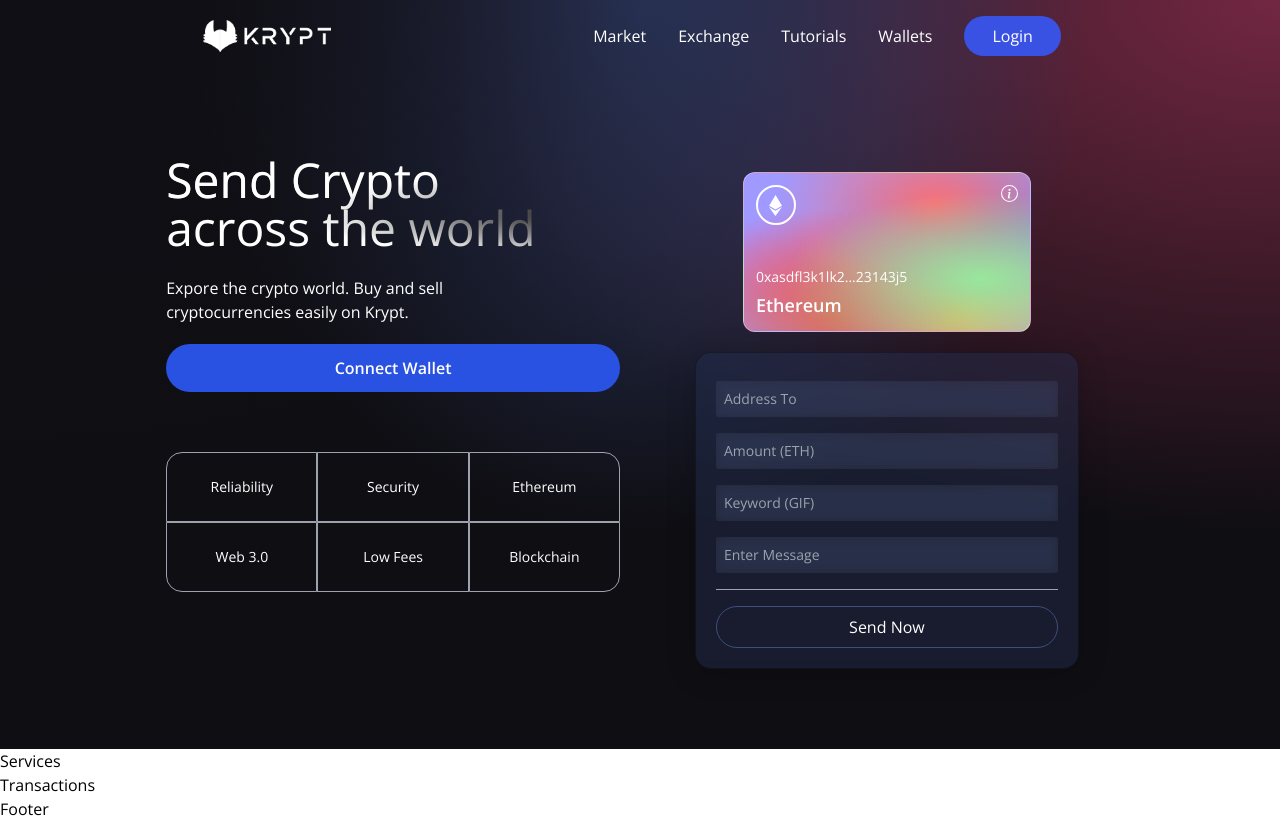
Repository: stephan-chiorean/krypt
Page: / (app in client/)
An editor plug-in stored every save of this project. The page is shown before and after the next save, followed by the edit.
The browser window is 1280 px wide. The pictures show the whole page.
The project was rebuilt for these pictures with package versions that can differ from the ones it lists, and the page was loaded fresh each time. Also part of the build but not shown: client/vite.config.js, client/src/components/Loader.jsx.

Above is the page before, as saved 2023-03-29 18:57:24.

### client/src/main.jsx
import React from 'react'
import ReactDOM from 'react-dom/client'
import App from './App'
import {TransactionProvider} from './context/TransactionContext';
import './index.css'

ReactDOM.createRoot(document.getElementById('root')).render(
  <TransactionProvider>
  <React.StrictMode>
    <App />
  </React.StrictMode>
  </TransactionProvider>,
)

### client/src/App.jsx
import {Navbar, Welcome, Footer, Services, Transactions} from './components';

const App = () => {

  return (
    <div className="min-h-screen">
      <div className="gradient-bg-welcome">
        <Navbar/>
        <Welcome/>
      </div>
      <Services/>
      <Transactions/>
      <Footer/>
    </div>
  )
}

export default App

### client/src/context/TransactionContext.jsx
import React, { useState, useEffect } from 'react';
import * as ethers from 'ethers';
import { contractABI, contractAddress } from '../utils/constants';

export const TransactionContext = React.createContext();

const { ethereum } = window;

const getEthereumContract = () => {
    console.log(ethers)
  const provider = new ethers.providers.Web3Provider(ethereum);
  const signer = provider.getSigner();
  const transactionContract = new ethers.Contract(
    contractAddress,
    contractABI,
    signer
  );

  return transactionContract;

//   console.log({
//     provider,
//     signer,
//     transactionContract,
//   });
};

export const TransactionProvider = ({ children }) => {
  const [connectedAccount, setConnectedAccount] = useState('');
  const [formData, setFormData] = useState({ addressTo: '', amount: 0, keyword: '', message: ''});
  const [isLoading, setIsLoading] = useState(false);
  const [transactionCount, setTransactionCount] = useState(localStorage.getItem('transactionCount'));

  const handleChange = (e, name) => {
    setFormData((prevState) => ({...prevState, [name]: e.target.value}));
  }

  const checkIfWalletIsConnected = async () => {
    try {
      if (!ethereum) return alert('Please install metamask');

      const accounts = await ethereum.request({ method: 'eth_accounts' });
      if (accounts.length) {
        setConnectedAccount(accounts[0]);
      } else {
        console.log('No accounts found');
      }
      console.log(accounts);
    } catch (err) {
      console.error(err);
      throw new Error('No ethereum object');
    }
  };

  const connectWallet = async () => {
    try {
      if (!ethereum) return alert('Please install metamask');

      const accounts = await ethereum.request({
        method: 'eth_requestAccounts',
      });

      setConnectedAccount(accounts[0]);
      console.log('CONNECTED', connectedAccount);
    } catch (err) {
      console.error(err);
      throw new Error('No ethereum object.');
    }
  };

  const sendTransaction = async() => {
    try {
        if(!ethereum) return alert("Please install metamask");
        const {addressTo, amount, keyword, message} = formData;
        const transactionContract = getEthereumContract();
        const parsedAmount = ethers.utils.parseEther(amount);

        await ethereum.request({
            method: 'eth_sendTransaction',
            params: [{
                from: connectedAccount,
                to: addressTo,
                gas: '0x5208', //21000 gwei
                value: parsedAmount._hex,
            }]
        })

        const transactionHash = await transactionContract.addToBlockchain(addressTo, parsedAmount, message, keyword);
        setIsLoading(true);
        console.log(`Loading - ${transactionHash.hash}`);
        await transactionHash.wait();
        setIsLoading(false);
        console.log(`Success - ${transactionHash.hash}`)

        const transactionCount = await transactionContract.getTransactionCount();
        setTransactionCount(transactionCount.toNumber())


    } catch(err) {
        console.error(err);
    }
  }

  useEffect(() => {
    checkIfWalletIsConnected();
  }, []);
  return (
    <TransactionContext.Provider value={{ connectWallet, connectedAccount, formData, setFormData, handleChange, sendTransaction }}>
      {children}
    </TransactionContext.Provider>
  );
};

### client/src/components/index.js
export {default as Loader} from './Loader';
export {default as Navbar} from './Navbar';
export {default as Footer} from './Footer';
export {default as Welcome} from './Welcome';
export {default as Transactions} from './Transactions';
export {default as Services} from './Services';

### client/src/utils/constants.js
import abi from './Transactions.json';

export const contractABI = abi.abi;
export const contractAddress = '0x48d319b761e733246BF575C86d399bB8EDdA6dEf';

### client/src/components/Navbar.jsx
import { HiMenuAlt4 } from 'react-icons/hi';
import { AiOutlineClose } from 'react-icons/ai';
import { useState } from 'react';

import logo from '../../images/logo.png';

const NavbarItem = ({ title, classProps }) => {
  return <li className={`mx-4 cursor-pointer ${classProps}`}>{title}</li>;
};
export default () => {
  const [toggleMenu, setToggleMenu] = useState(false);
  return (
    <nav className='w-full flex md:justify-center justify-between items-center p-4'>
      <div className='md:flex-[0.5] flex-initial justify-center items-center'>
        <img src={logo} alt='logo' className='w-32 cursor-pointer' />
      </div>
      <ul className='text-white md:flex hidden list-none flex-row justify-between items-center flex-initial'>
        {['Market', 'Exchange', 'Tutorials', 'Wallets'].map((item, index) => (
          <NavbarItem key={item + index} title={item} />
        ))}
        <li className='bg-[#3952e3] py-2 px-7 mx-4 rounded-full cursor-pointer hover:bg-[#2546bd]'>
          Login
        </li>
      </ul>
      <div className='flex relative'>
        {toggleMenu ? (
          <AiOutlineClose
            fontSize={28}
            className='text-white md:hidden cursor-pointer'
            onClick={() => setToggleMenu(false)}
          />
        ) : (
          <HiMenuAlt4
            fontSize={28}
            className='text-white md:hidden cursor-pointer'
            onClick={() => setToggleMenu(true)}
          />
        )}
        {toggleMenu && (
          <ul className="z-10 fixed top-0 -right-2 p-3 w-[70vw] h-screen shadow-2xl md:hidden list-none flex flex-col justify-start items-end rounded-md blue-glassmorphism text-white animate-slide-in">
            <li className='text-xl w-full my-2'>
              <AiOutlineClose onClick={() => setToggleMenu(false)} className="cursor-pointer"/>
            </li>
            {['Market', 'Exchange', 'Tutorials', 'Wallets'].map(
              (item, index) => (
                <NavbarItem key={item + index} title={item} classProps="my-2 text-lg"/>
              )
            )}
          </ul>
        )}
      </div>
    </nav>
  );
};

### client/src/components/Footer.jsx
import React from 'react'

export default() => {
  return (
    <div>Footer</div>
  )
}

### client/src/components/Welcome.jsx
import { AiFillPlayCircle } from 'react-icons/ai';
import { SiEthereum } from 'react-icons/si';
import { BsInfoCircle } from 'react-icons/bs';
import { TransactionContext } from '../context/TransactionContext';
import React, { useContext } from 'react';
import { Loader } from './';
const commonStyles =
  'min-h-[70px] sm:px-0 px-2 sm:min-w-[120px] flex justify-center items-center border-[0.5px] border-gray-400 text-sm font-light text-white';

const Input = ({ placeholder, name, type, value, handleChange }) => (
  <input
    placeholder={placeholder}
    type={type}
    step='0.0001'
    value={value}
    onChange={(e) => handleChange(e, name)}
    className='my-2 w-full rounded-sm p-2 outline-none text-white border-none text-sm white-glassmorphism'
  />
);
export default () => {
  const {
    connectWallet,
    connectedAccount,
    formData,
    sendTransaction,
    handleChange,
  } = useContext(TransactionContext);
  const handleSubmit = (e) => {
    const { addressTo, amount, keyword, message } = formData;
    e.preventDefault();

    if (!addressTo || !amount || !keyword || !message) return;
    sendTransaction();
  };
  return (
    <div className='flex w-full justify-center items-center'>
      <div className='flex md:flex-row flex-col itesm-start justify-between md:p-20 py-12 px-4'>
        <div className='flex flex-1 justify-start flex-col md:mr-10'>
          <h1 className='text-3xl sm:text-5xl text-white text-gradient py-1'>
            Send Crypto <br /> across the world
          </h1>
          <p className='text-left mt-5 text-white font-light md:w-9/12 w-11/12 text-base'>
            Expore the crypto world. Buy and sell cryptocurrencies easily on
            Krypt.
          </p>
          {!connectedAccount && (
            <button
              type='button'
              onClick={connectWallet}
              className='flex flex-row justify-center items-center my-5 bg-[#2952e3] p-3 rounded-full cursor-pointer hover:bg-[#2546bd]'
            >
              <p className='text-white text-base font-semibold'>
                Connect Wallet
              </p>
            </button>
          )}

          <div className='grid sm:grid-cols-3 grid-cols-2 w-full mt-10'>
            <div className={`rounded-tl-2xl ${commonStyles}`}>Reliability</div>
            <div className={commonStyles}>Security</div>
            <div className={`sm:rounded-tr-2xl ${commonStyles}`}>Ethereum</div>
            <div className={`sm:rounded-bl-2xl ${commonStyles}`}>Web 3.0</div>
            <div className={commonStyles}>Low Fees</div>
            <div className={`rounded-br-2xl ${commonStyles}`}>Blockchain</div>
          </div>
        </div>

        <div className='flex flex-col flex-1 items-center justify-start w-full md:mt-0 mt-10'>
          <div className='p-3 justify-end items-start flex-col rounded-xl h-40 sm:w-72 w-full my-5 eth-card white-glassmorphism'>
            <div className='flex justify-between flex-col w-full h-full'>
              <div className='flex justify-between items-start'>
                <div className='w-10 h-10 rounded-full border-2 border-white flex justify-center items-center'>
                  <SiEthereum fontSize={21} color='#fff' />
                </div>
                <BsInfoCircle fontSize={17} color='#fff' />
              </div>
              <div>
                <p className='text-white font-light text-sm'>
                  0xasdfl3k1lk2...23143j5
                </p>
                <p className='text-white font-semibold text-lg mt-1'>
                  Ethereum
                </p>
              </div>
            </div>
          </div>

          <div className='p-5 sm:w-96 w-full flex flex-col justify-start items-center blue-glassmorphism'>
            <Input
              placeholder='Address To'
              name='addressTo'
              type='text'
              handleChange={handleChange}
            />
            <Input
              placeholder='Amount (ETH)'
              name='amount'
              type='number'
              handleChange={handleChange}
            />
            <Input
              placeholder='Keyword (GIF)'
              name='keyword'
              type='text'
              handleChange={handleChange}
            />
            <Input
              placeholder='Enter Message'
              name='message'
              type='text'
              handleChange={handleChange}
            />
            <div className='h-[1px] w-full bg-gray-400 my-2' />
            {false ? (
              <Loader />
            ) : (
              <button
                type='submit'
                onClick={handleSubmit}
                className='text-white w-full mt-2 border-[1px] p-2 border-[#3d4f7c] rounded-full cursor-pointer'
              >
                Send Now
              </button>
            )}
          </div>
        </div>
      </div>
    </div>
  );
};

### client/src/components/Transactions.jsx
import React from 'react'

export default() => {
  return (
    <div>Transactions</div>
  )
}

### client/src/components/Services.jsx
import React from 'react'

export default() => {
  return (
    <div>Services</div>
  )
}

Loaded but not shown: client/index.html (common file); client/src/index.css (common file); client/tailwind.config.js (common file); client/src/utils/Transactions.json (140 lines, source omitted)

After the next save:
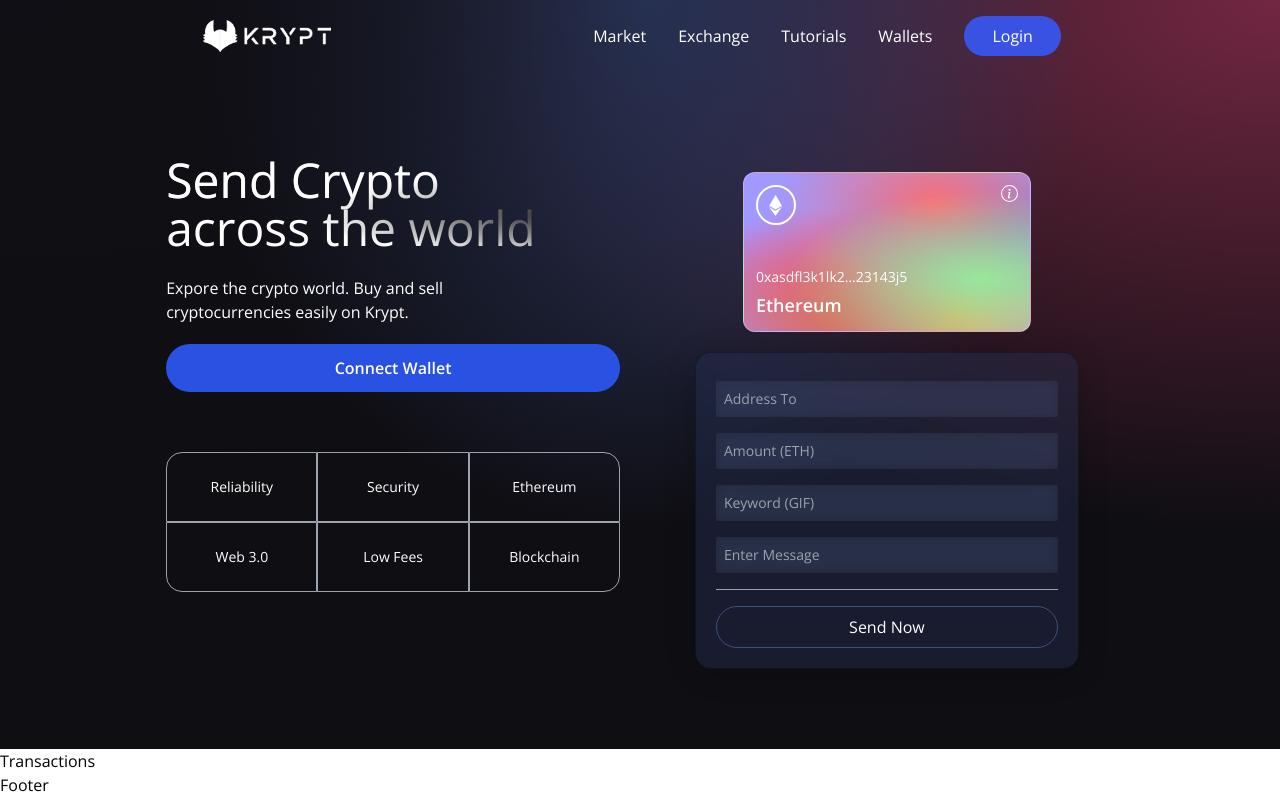
Saved 6 min 48 s later.
--- a/client/src/components/Services.jsx
+++ b/client/src/components/Services.jsx
@@ -1,7 +1,11 @@
 import React from 'react'
-
+import {BsShielfFillCheck} from 'react-icons/bs';
+import {BiSearchAlt} from 'react-icons/bi';
+import {RiHeart2Fill} from 'react-icons/ri';
 export default() => {
   return (
-    <div>Services</div>
+    <div className="flex w-full justify-center items-center gradient-bg-services">
+
+    </div>
   )
 }
